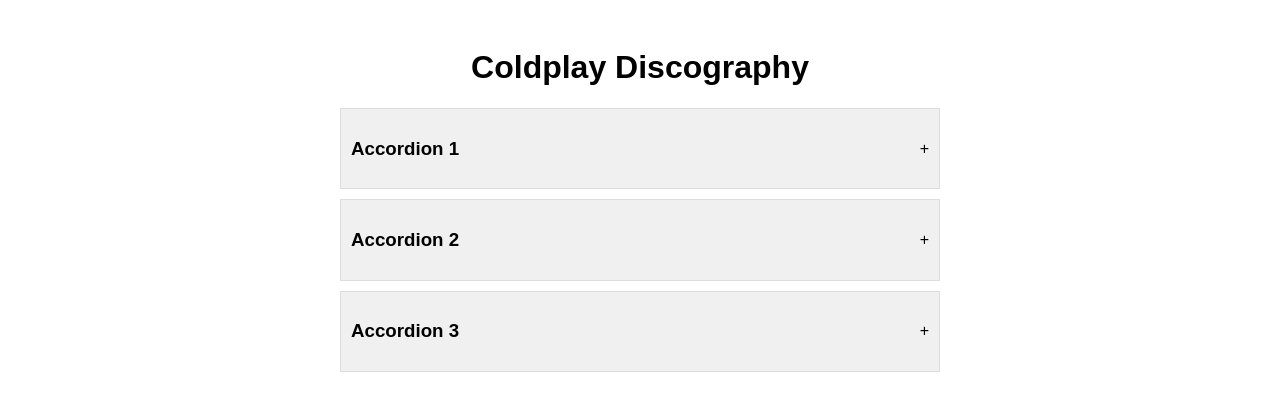
Repository: MelissaJacobi/Frontend-lab-1
Page: /
These files come from the project's save history. The page is drawn as it stood at one moment and after the next save; the edit follows.
The browser window is 1280 px wide. The pictures show the whole page.
The project was rebuilt for these pictures with package versions that can differ from the ones it lists, and the page was loaded fresh each time. Also part of the build but not shown: vite.config.js.

Above is the page before, as saved 2024-09-11 10:55:51.

### index.html
<!doctype html>
<html lang="en">
  <head>
    <meta charset="UTF-8" />
    <link rel="icon" type="image/svg+xml" href="/vite.svg" />
    <meta name="viewport" content="width=device-width, initial-scale=1.0" />
    <title>Vite + React</title>
  </head>
  <body>
    <div id="root">HIIII</div>
    <script type="module" src="/src/main.jsx"></script>
  </body>
</html>

### src/App.jsx
import React from 'react';
import './index.css';
import Accordion from './Components/Accordion';

function App() {
  return (
    <div className="App">
      <h1>Coldplay Discography</h1>
      <Accordion />
    </div>
  );
}

export default App;

### src/index.css
.App {
  font-family: sans-serif;
  text-align: center;
  padding: 20px;
}

.accordion {
  width: 100%;
  max-width: 600px;
  margin: 0 auto;
}

.accordion-item {
  border: 1px solid #ddd;
  margin-bottom: 10px;
}

.accordion-header {
  padding: 10px;
  cursor: pointer;
  display: flex;
  justify-content: space-between;
  align-items: center;
  background-color: #f0f0f0;
}

.accordion-content {
  padding: 10px;
  background-color: #fff;
}

.accordion-header:hover {
  background-color: #e0e0e0;
}

### src/Components/Accordion.jsx
import React, { useState } from 'react';

const AccordionItem = ({ title, content }) => {
  const [isOpen, setIsOpen] = useState(false);

  const toggleAccordion = () => {
    setIsOpen(!isOpen);
  };

  return (
    <div className="accordion-item">
      <div className="accordion-header" onClick={toggleAccordion}>
        <h3>{title}</h3>
        <span>{isOpen ? '-' : '+'}</span>
      </div>
      {isOpen && (
        <div className="accordion-content">
          {content.map((item, index) => (
            <p key={index}>{item}</p>
          ))}
        </div>
      )}
    </div>
  );
};

const Accordion = () => {
  const accordionData = [
    {
      title: 'Accordion 1',
      content: ['Item 1.1', 'Item 1.2', 'Item 1.3'],
    },
    {
      title: 'Accordion 2',
      content: ['Item 2.1', 'Item 2.2', 'Item 2.3'],
    },
    {
      title: 'Accordion 3',
      content: ['Item 3.1', 'Item 3.2', 'Item 3.3'],
    },
  ];

  return (
    <div className="accordion">
      {accordionData.map((item, index) => (
        <AccordionItem key={index} title={item.title} content={item.content} />
      ))}
    </div>
  );
};

export default Accordion;

Loaded but not shown: src/main.jsx (common file)

After the next save:
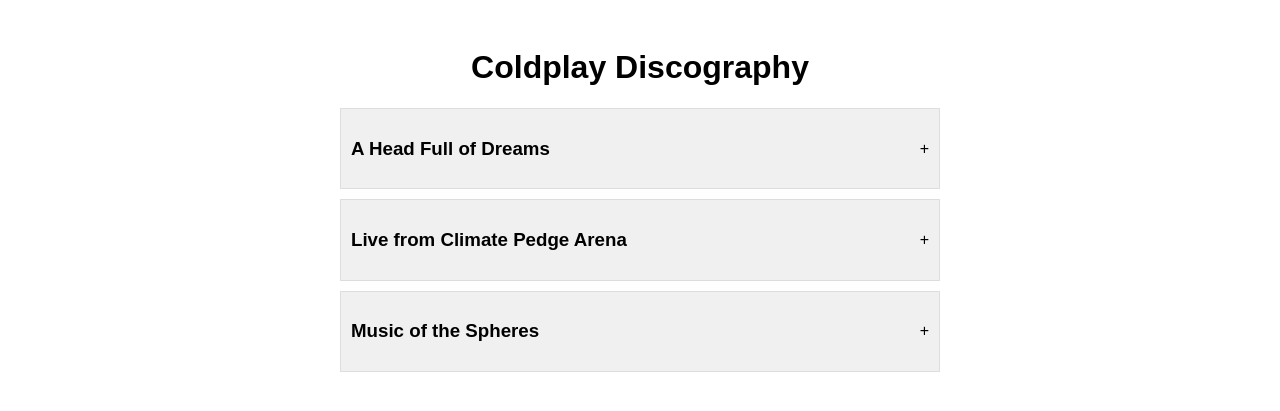
Saved 35 min 38 s later.
--- a/src/Components/Accordion.jsx
+++ b/src/Components/Accordion.jsx
@@ -27,16 +27,16 @@
 const Accordion = () => {
   const accordionData = [
     {
-      title: 'Accordion 1',
-      content: ['Item 1.1', 'Item 1.2', 'Item 1.3'],
+      title: 'A Head Full of Dreams',
+      content: ['A Head Full of Dreams', 'Birds', 'Hymn For the Weekend', 'Everglow', 'Adventure of a Lifetime', 'Fun', 'keleidoscope', 'Army of One', 'Amazing day', 'Color Spectrum', 'Up&Up', 'Something just like this'],
     },
     {
-      title: 'Accordion 2',
-      content: ['Item 2.1', 'Item 2.2', 'Item 2.3'],
+      title: 'Live from Climate Pedge Arena',
+      content: ['Viva la Vida', 'Human Heart', 'People of Pride', 'Fix you'],
     },
     {
-      title: 'Accordion 3',
-      content: ['Item 3.1', 'Item 3.2', 'Item 3.3'],
+      title: 'Music of the Spheres',
+      content: ['Music of the Spheres', 'Higher power', 'Humankind', 'Alien Choir', 'Let somebody go', 'Biutyful', 'my universe', 'infinity sign', 'Coloratura', 'higher power', 'My Universe'],
     },
   ];
 
